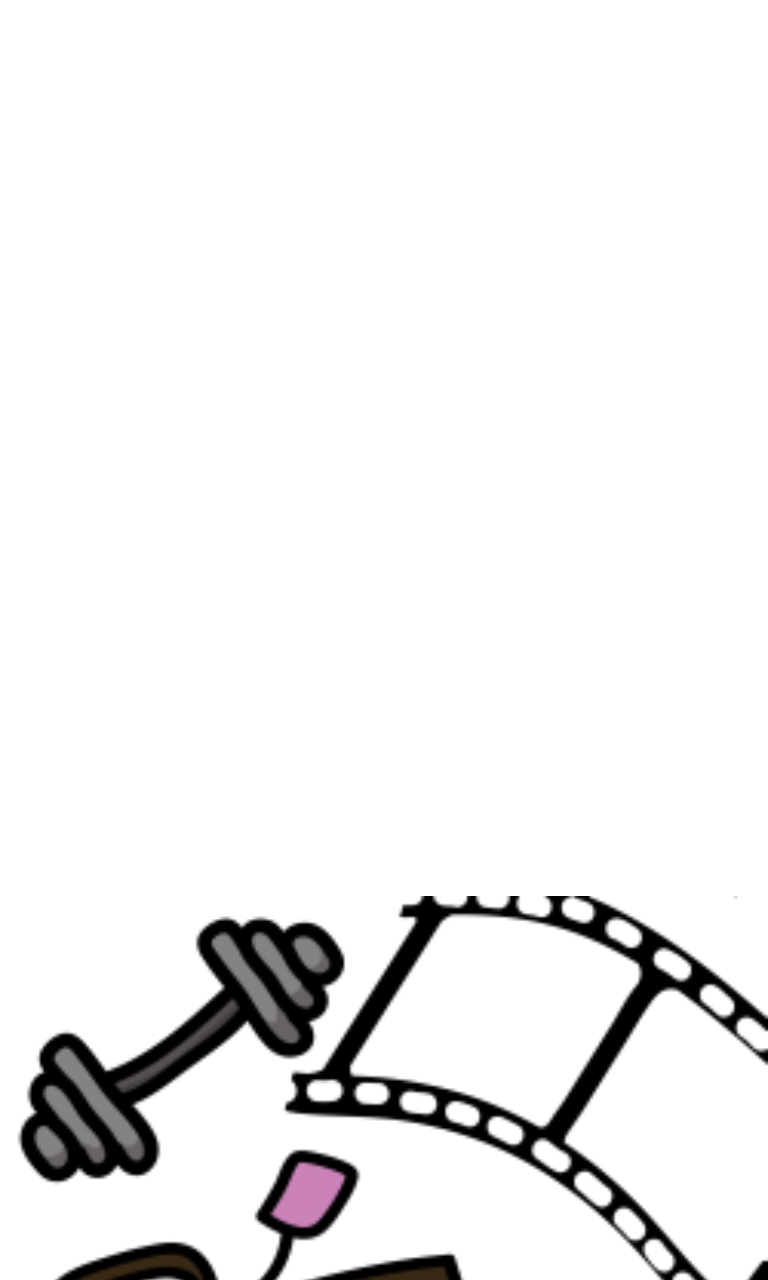
Repository: MikeFynes/ChallengeAccepted
Layout: ChallengeAcceptedFrontEnd/ChallengeDemo/res/layout/tab_welcome.xml
The author's editor kept a copy of each file at every save. The layout is drawn from the files as they stood at one save, then again after the next save.
It is drawn on a 768 x 1280 px phone screen (xhdpi) without system bars, with theme AppTheme; the app's code is not run. The app's manifest (not shown) leaves right-to-left support off. So textAlignment, textDirection and layoutDirection are ignored, and left and right values win over start and end ones.

Above is the layout before, as saved 2014-12-09 17:28:12.

After the next save:
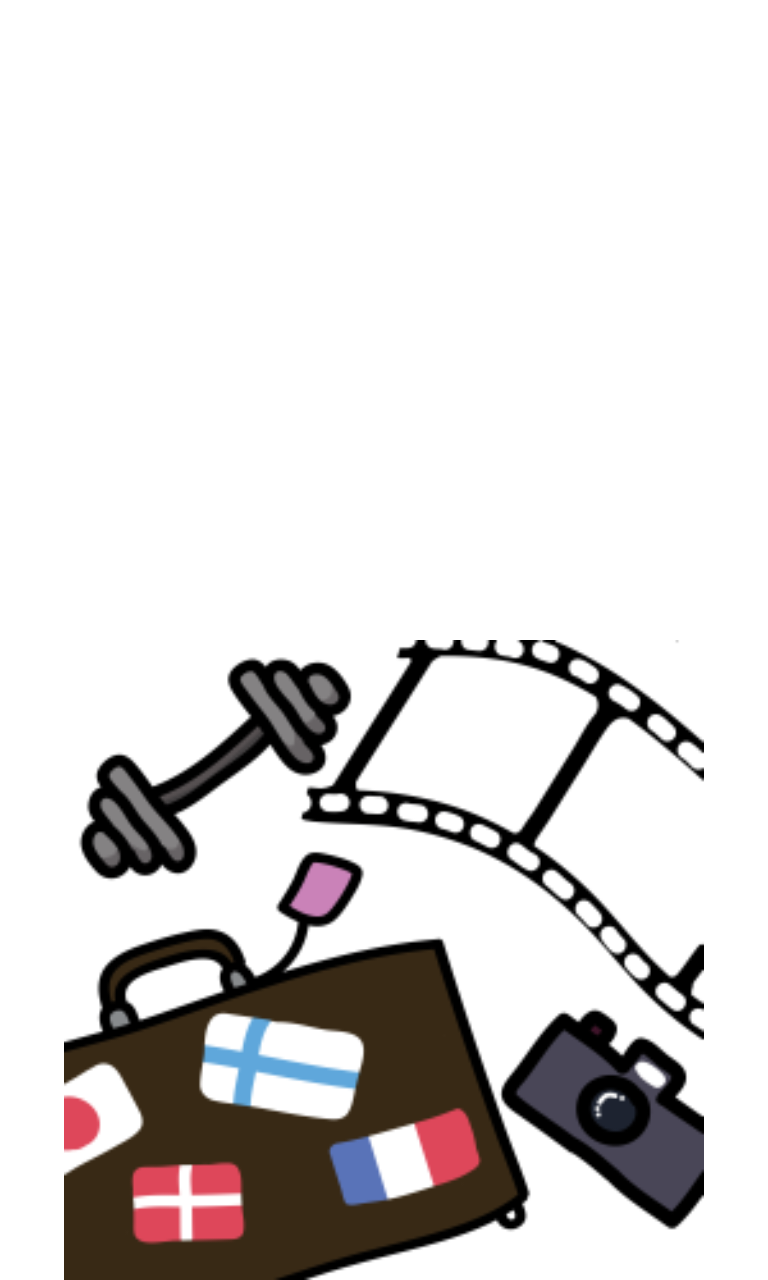
Saved 12 s later.
--- a/ChallengeAcceptedFrontEnd/ChallengeDemo/res/layout/tab_welcome.xml
+++ b/ChallengeAcceptedFrontEnd/ChallengeDemo/res/layout/tab_welcome.xml
@@ -8,7 +8,7 @@
     <TextView android:layout_width="match_parent"
     android:layout_height="match_parent"
     android:id="@+id/welcome_title"
-    android:layout_weight="4"
+    android:layout_weight="2"
     android:gravity="center"
     android:textStyle="bold"
     android:textSize="40sp"/>
